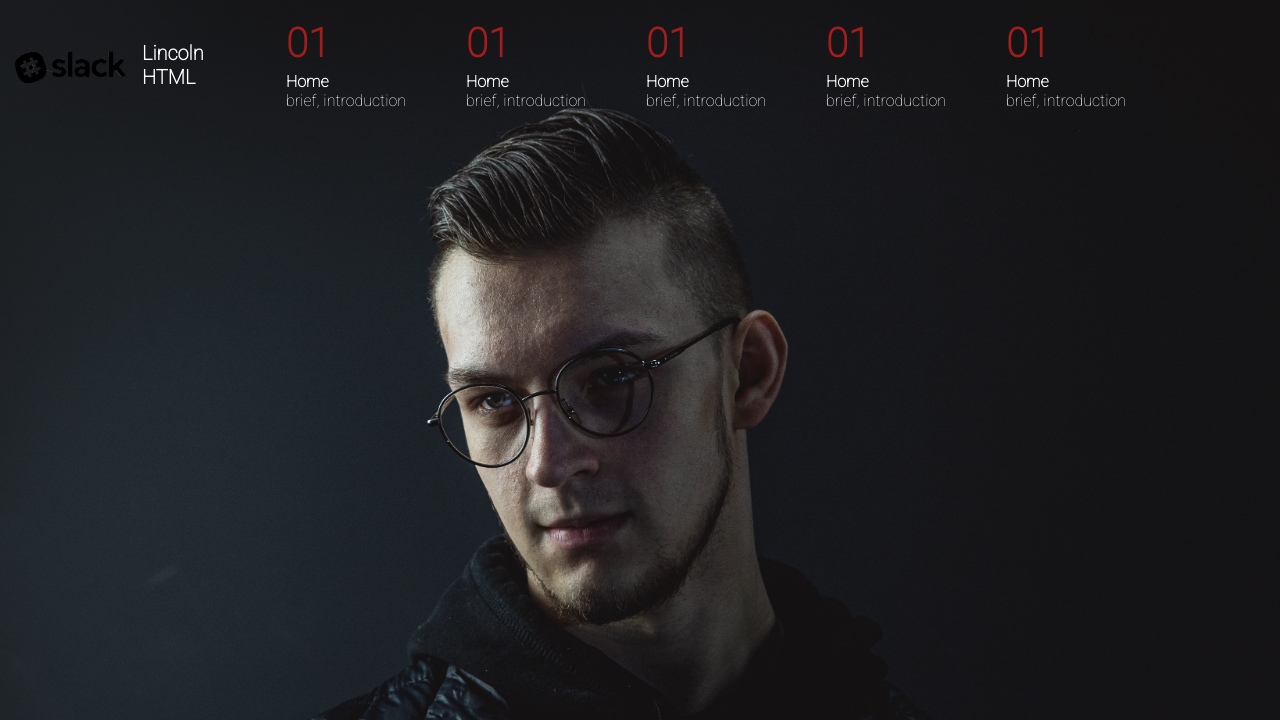
Repository: linco6054/simple-html
Page: index.html
The author's editor kept a copy of each file at every save. The page is drawn from the files as they stood at one save, then again after a run of saves.
The browser window is 1280 px wide. The pictures show the whole page.

Above is the page before, as saved 2021-08-16 15:53:51.

After the next 2 saves:
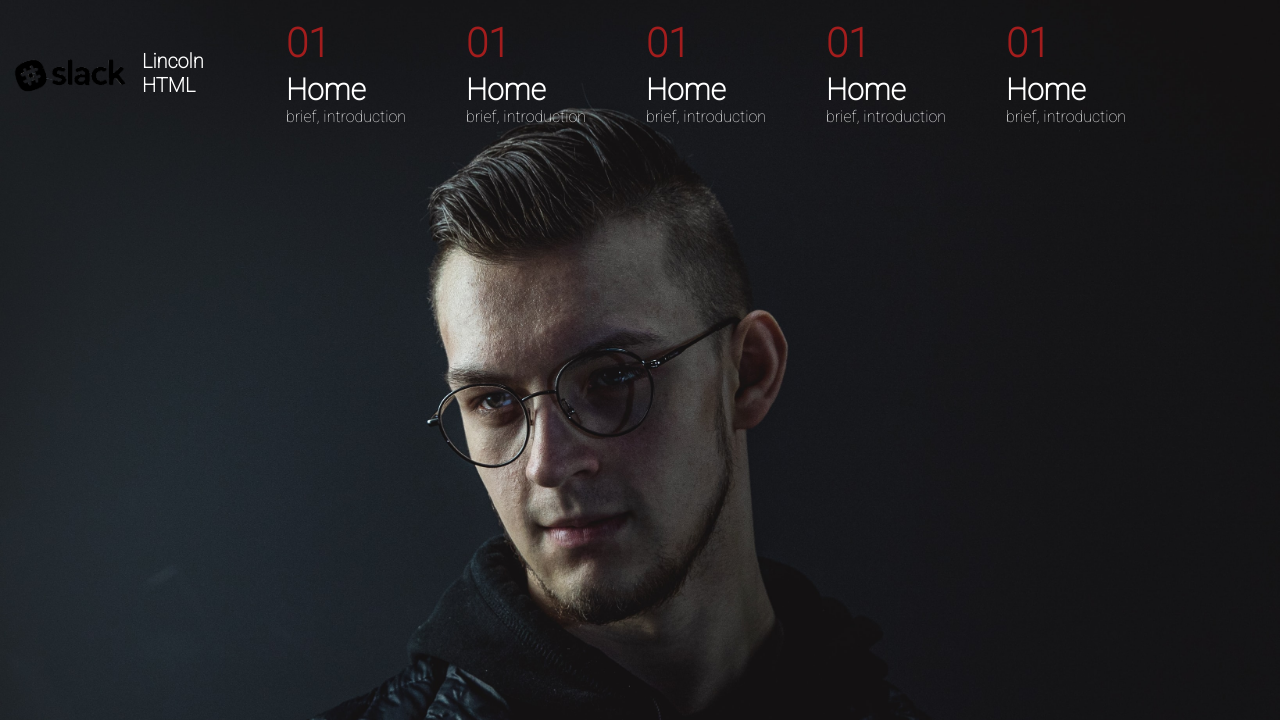
The 2 saves are shown as one change because they came seconds apart.
The last was saved 7 s later.
--- a/style.css
+++ b/style.css
@@ -52,6 +52,7 @@
   margin-bottom: 5px;
   font-size: 40px;
 }
-nav li > h4{
-    font-weight
+nav li > h4 {
+  font-weight: 900;
+  font-size: 30px;
 }
